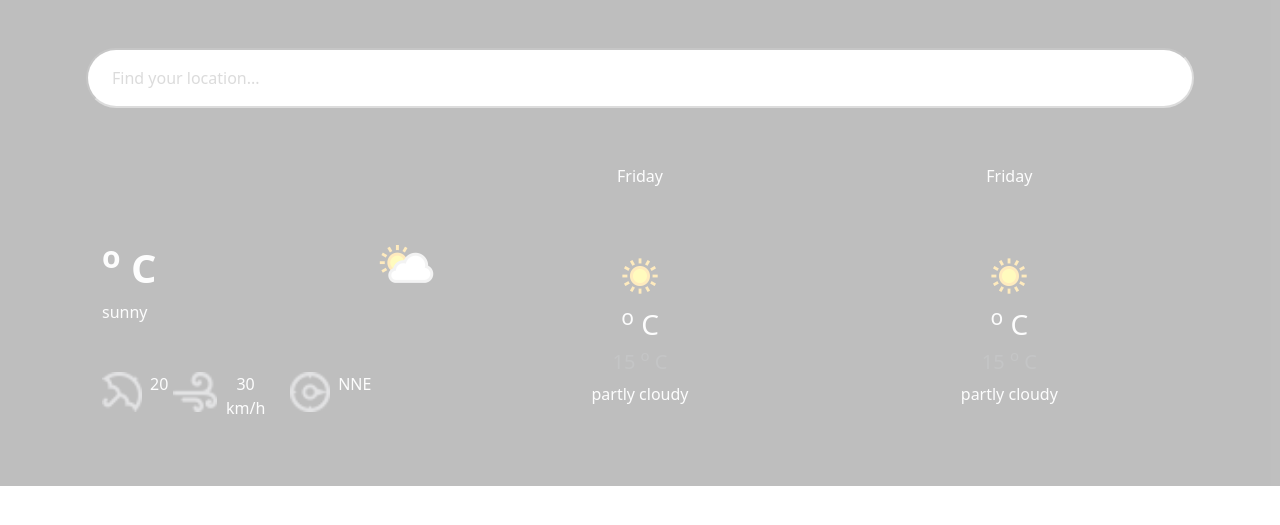
Repository: AmiraNabil97/WeatherApp
Page: index.html
The author's editor kept a copy of each file at every save. The page is drawn from the files as they stood at one save, then again after a run of saves.
The browser window is 1280 px wide. The pictures show the whole page.

Above is the page before, as saved 2023-08-28 21:57:42.

After the next 2 saves:
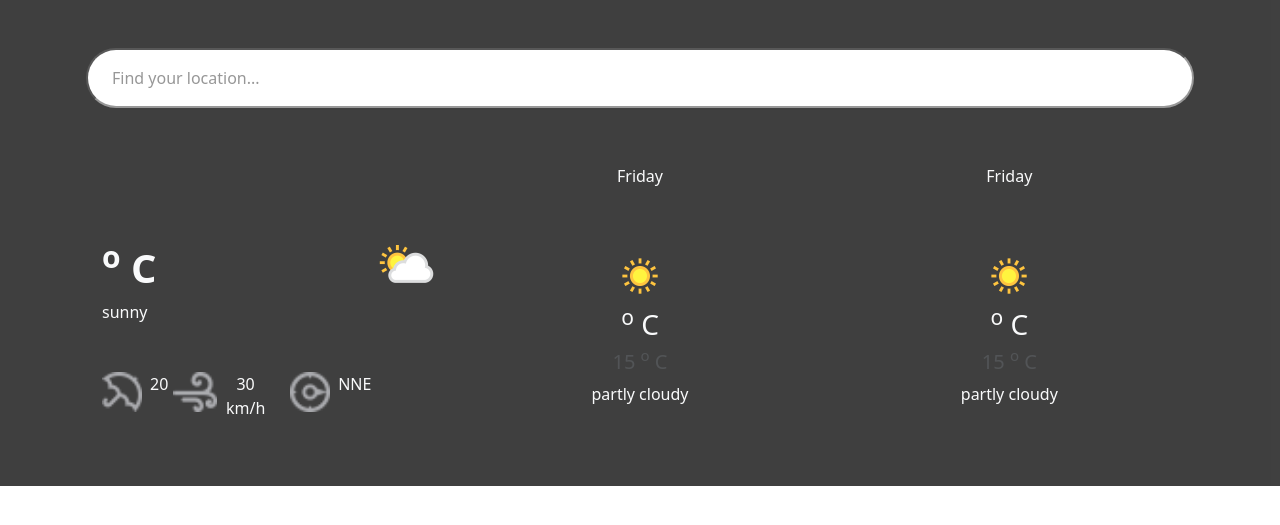
The 2 saves are shown as one change because they came seconds apart.
The last was saved 14 s later.
--- a/index.html
+++ b/index.html
@@ -10,7 +10,7 @@
 </head>
 <body>
 
-        <div class="app-container bg-black opacity-25">
+        <div class="app-container bg-black opacity-75">
             <div class="container px-3 py-5 text-center">
 
                 <input type="text" class="w-100 mx-auto rounded-5 py-3 px-4 bg-main-color mb-5 text-white"
